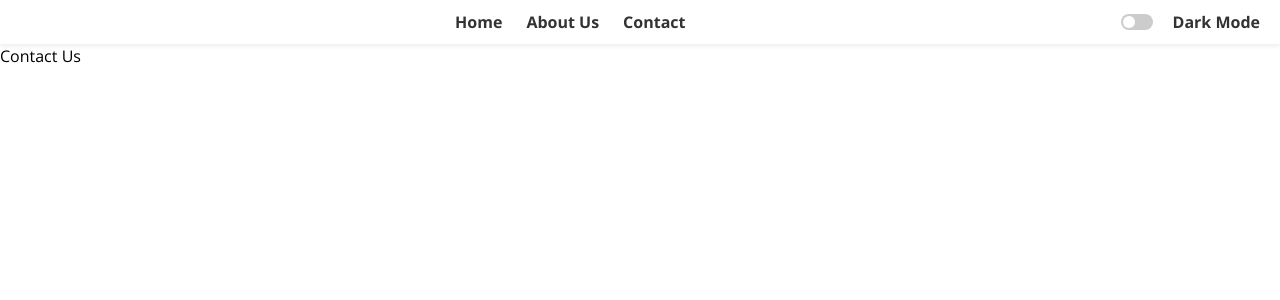
Repository: sriram1224/Text-converter
Page: /contact
These files come from the project's save history. The page is drawn as it stood at one moment and after the next save; the edit follows.
The browser window is 1280 px wide. The pictures show the whole page.
The project was rebuilt for these pictures with package versions that can differ from the ones it lists, and the page was loaded fresh each time. Also part of the build but not shown: src/Home.css, src/Home.jsx, src/about.css, src/About.jsx.

Above is the page before, as saved 2024-03-27 16:25:08.

### src/index.css
@tailwind base;
@tailwind components;
@tailwind utilities;

body{
    font-family: "Open Sans", sans-serif;

}

### src/App.js
import React, { useState } from "react";
import { BrowserRouter as Router, Routes, Route } from "react-router-dom";

import Header from "./Header";
import Home from "./Home";
import About from "./About";
import Contact from "./Contact";

function App() {
  const [isDarkMode, setIsDarkMode] = useState(false); // Define isDarkMode state here

  return (
    <Router>
      <div>
        <Header isDarkMode={isDarkMode} setIsDarkMode={setIsDarkMode} />

        <Routes>
          <Route path="/" element={<Home />} />
          <Route path="/about" element={<About isDarkMode={isDarkMode} />} /> {/* Pass isDarkMode as a prop here */}
          <Route path="/contact" element={<Contact isDarkMode={isDarkMode} />} />
        </Routes>
      </div>
    </Router>
  );
}

export default App;

### src/Header.jsx
import React, { useEffect,useState } from 'react';
import Navbar from './Navbar';

function Header({ isDarkMode, setIsDarkMode }) {
  const [showSuccessMessage, setShowSuccessMessage] = useState(false);

  const toggleDarkMode = () => {
    setIsDarkMode(!isDarkMode);
    setShowSuccessMessage(true);
    setTimeout(() => {
      setShowSuccessMessage(false);
    }, 2000);
  };

  useEffect(() => {
    document.body.classList.toggle('dark', isDarkMode);
  }, [isDarkMode]);

  return (
    <div>
      <Navbar isDarkMode={isDarkMode} toggleDarkMode={toggleDarkMode} />
      {showSuccessMessage && (
        <div className="success-message">
          Success: {isDarkMode ? 'Dark' : 'Light'} mode has been enabled
        </div>
      )}
    </div>
  );
}

export default Header;

### src/Contact.jsx
import React from 'react'

export default function Contact({isDarkMode}) {
  return (
    <div>
      <div className='heading'>
        <h1> Contact Us</h1>

      </div>
    </div>
  )
}

### src/Navbar.jsx
import React, { useState } from 'react';
import { Link } from 'react-router-dom';
import './Navbar.css';

function Navbar({ isDarkMode, toggleDarkMode }) {
  const [isMenuOpen, setIsMenuOpen] = useState(false);

  const toggleMenu = () => {
    setIsMenuOpen(!isMenuOpen);
  };

  return (
    <nav className={`navbar-container ${isDarkMode ? 'dark' : 'light'}`}>
      <Link to="/" className="navbar-brand">

      </Link>
      <div className="navbar-toggle" onClick={toggleMenu}>
        <svg className="navbar-toggle-icon" viewBox="0 0 20 20" xmlns="http://www.w3.org/2000/svg">
          <title>Mobile menu</title>
          <path d="M0 3h20v2H0V3zm0 6h20v2H0V9zm0 6h20v2H0v-2z"></path>
        </svg>
      </div>
      <ul className={`navbar-menu ${isMenuOpen ? 'open' : ''}`}>
        <li><Link to="/" className="navbar-link">Home</Link></li>
        <li><Link to="/about" className="navbar-link">About Us</Link></li>
        <li><Link to="/contact" className="navbar-link">Contact</Link></li>
      </ul>
      <label className="toggle-dark-mode">
        <input type="checkbox" checked={isDarkMode} onChange={toggleDarkMode} className="sr-only peer" />
        <div className="toggle-track peer-focus:ring-dark peer-checked:after"></div>
        <span className={`toggle-label ${isDarkMode ? 'dark' : 'light'}`}>{isDarkMode ? "Light Mode" : "Dark Mode"}</span>
      </label>
      {isMenuOpen && <div className="navbar-backdrop" onClick={toggleMenu}></div>}
    </nav>
  );
}

export default Navbar;

### src/Navbar.css

@import url('https://fonts.googleapis.com/css2?family=Open+Sans:ital,wght@0,300..800;1,300..800&family=Signika:wght@300..700&display=swap');

nav{
    font-family: "Open Sans", sans-serif;
    font-size: 16px;
    font-weight: bold;
}
.navbar-container.light {
    background-color: #fff;
    color: #333;
    padding: 10px 20px;
    display: flex;
    justify-content: space-between;
    align-items: center;
    box-shadow: 0 2px 4px rgba(73, 73, 73, 0.1);
}


.navbar-container.dark {
    background-color: #333;
    color: #1c3feb;
    padding: 10px 20px;
        display: flex;
        justify-content: space-between;
        align-items: center;
        box-shadow: 0 4px 4px rgba(197, 188, 188, 0.1);
}


.success-message {
    color: #008000;

    background-color: #7fffd4;

    position: absolute;
    top: 35px;
    padding: 10px;
    border-radius: 5px;
    margin-top: 10px;
}

.navbar-brand {
    font-size: 24px;
    font-weight: bold;
    line-height: 1;
    color: inherit;
    text-decoration: none;
}

/* Navbar Toggle Button */
.navbar-toggle {
    display: none;
    cursor: pointer;
}

/* Navbar Toggle Icon */
.navbar-toggle-icon {
    height: 24px;
    width: 24px;
    fill: currentColor;
}

/* Navbar Menu */
.navbar-menu {
    list-style: none;
    display: flex;
    align-items: center;
    gap: 24px;
}

.navbar-menu.open {
    display: flex;
}

/* Navbar Link */
.navbar-link {
    font-size: 16px;

    text-decoration: none;
}

/* Toggle Dark Mode */
.toggle-dark-mode {
    display: flex;
    align-items: center;
    cursor: pointer;
    gap: 20px;
}

.toggle-track {
    width: 32px;
    height: 16px;
    background-color: #ccc;
    border-radius: 8px;
    position: relative;
}

.toggle-track:after {
    content: '';
    position: absolute;
    top: 2px;
    left: 2px;
    width: 12px;
    height: 12px;
    border-radius: 50%;
    background-color: #fff;
    transition: transform 0.3s;
}

.toggle-dark-mode input[type="checkbox"]:checked+.toggle-track:after {
    transform: translateX(16px);
}

.toggle-label .light {
    margin-left: 8px;
    font-size: 14px;
    color: #000000;
}
.toggle-label .dark {
    margin-left: 8px;
    font-size: 14px;
    color: #ffefef;
}

### tailwind.config.js
const path = require('path');

module.exports = {
  content: [
    './src/**/*.{html,jsx}',
  ],
  theme: {
    extend: {},
  },
  plugins: [],
};

Loaded but not shown: public/index.html (common file); src/index.js (common file); src/reportWebVitals.js (common file)

After the next save:
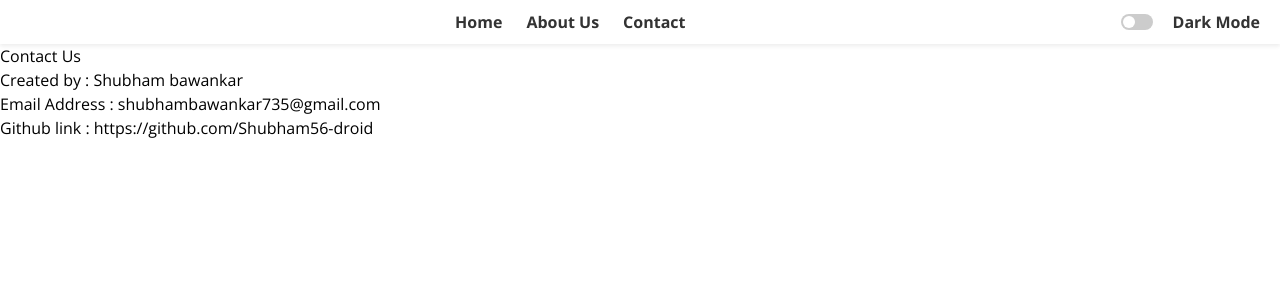
Saved 2 min 0 s later.
--- a/src/Contact.jsx
+++ b/src/Contact.jsx
@@ -5,7 +5,9 @@ export default function Contact({isDarkMode}) {
     <div>
       <div className='heading'>
         <h1> Contact Us</h1>
-
+        <p>Created by : Shubham bawankar</p>
+        <p>Email Address : shubhambawankar735@gmail.com</p>
+        <p>Github link : https://github.com/Shubham56-droid</p>
       </div>
     </div>
   )
